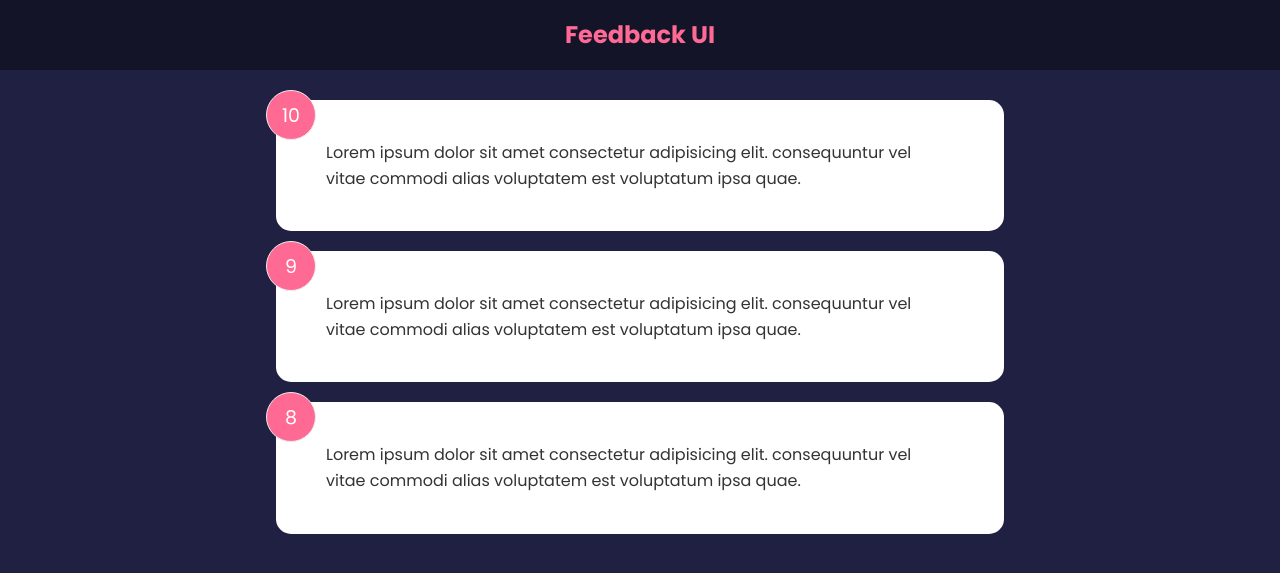
Repository: Lithium87/feedback-app
Page: / (app in client/)
The author's editor kept a copy of each file at every save. The page is drawn from the files as they stood at one save, then again after the next save.
The browser window is 1280 px wide. The pictures show the whole page.
The project was rebuilt for these pictures with package versions that can differ from the ones it lists, and the page was loaded fresh each time.

Above is the page before, as saved 2022-05-25 22:00:20.

After the next save:
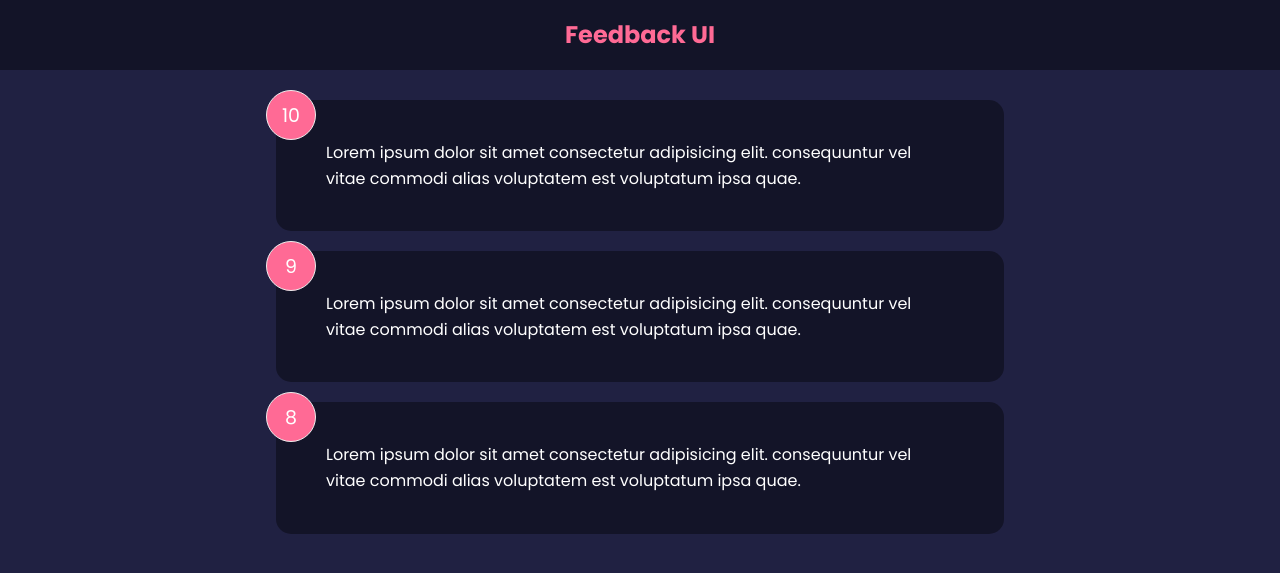
Saved 47 min 49 s later.
--- a/client/src/components/shared/Card.js
+++ b/client/src/components/shared/Card.js
@@ -1,8 +1,8 @@
 import React from 'react';
 
-const Card = ({children}) => {
+const Card = ({children, reverse}) => {
   return (
-    <div className="card">
+    <div className="card reverse">
       {children}
     </div>
   );

After the save that followed:
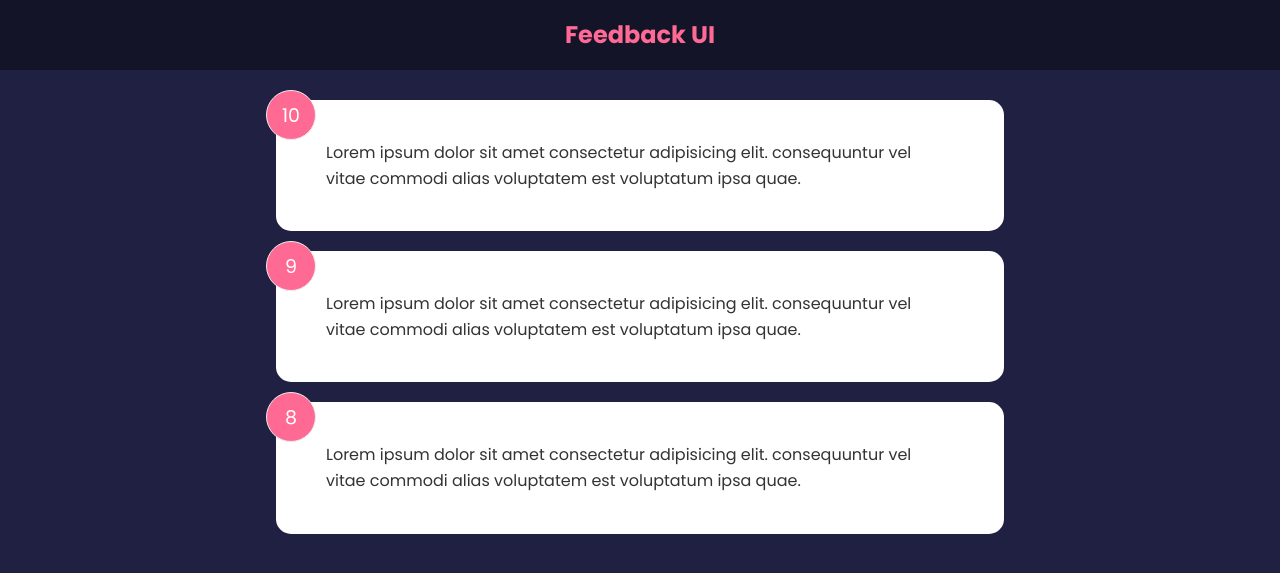
Saved 72 s later.
--- a/client/src/components/shared/Card.js
+++ b/client/src/components/shared/Card.js
@@ -2,7 +2,7 @@
 
 const Card = ({children, reverse}) => {
   return (
-    <div className="card reverse">
+    <div className={`card ${reverse && 'reverse'}`}>
       {children}
     </div>
   );
